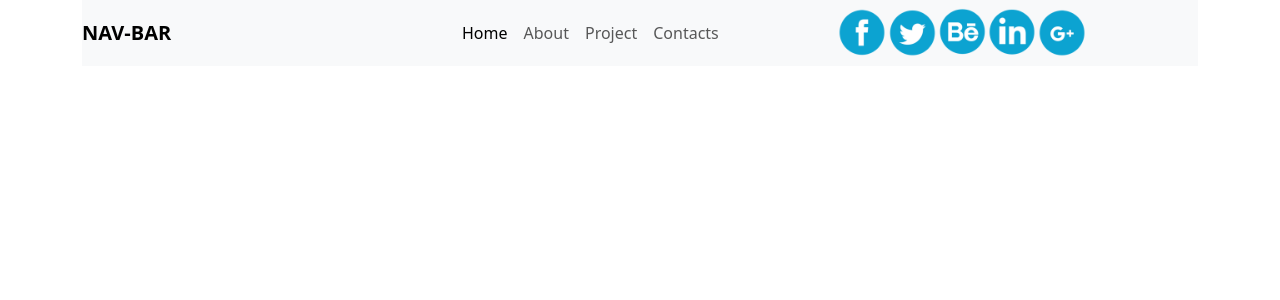
Repository: Sarah7223/internet-programming-tp
Page: TP4/TP04.5.html
An editor plug-in stored every save of this project. The page is shown before and after the next save, followed by the edit.
The browser window is 1280 px wide. The pictures show the whole page.

Above is the page before, as saved 2023-02-01 23:10:19.

After the next save:
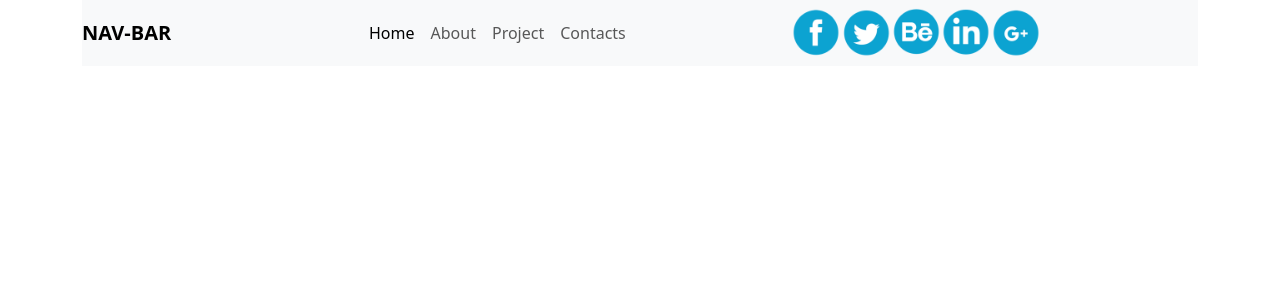
Saved 31 s later.
--- a/TP4/TP04.5.html
+++ b/TP4/TP04.5.html
@@ -14,7 +14,7 @@
     <body>
         <div class="container">
             <nav class="navbar navbar-expand-lg navbar-light bg-light">
-                <div class="col-4">
+                <div class="col-3">
                 <a class="navbar-brand " href="#" ><b>NAV-BAR</b></a>
                 </div>
                 <button class="navbar-toggler" type="button" data-toggle="collapse" data-target="#navbarSupportedContent" aria-controls="navbarSupportedContent" aria-expanded="false" aria-label="Toggle navigation">
@@ -23,7 +23,7 @@
 
                 <div class="collapse navbar-collapse" id="navbarSupportedContent">
                     <!-- center-->
-                    <div class="col-8">
+                    <div class="col-6">
                         <ul class="navbar-nav">
                             <li class="nav-item active">
                                 <a class="nav-link active" href="#">Home </a>
@@ -42,7 +42,7 @@
                 </div>
                 <div  class="collapse navbar-collapse">
                     <!-- right-->
-                  <div class="col-4">
+                  <div class="col-3">
                     <ul class="navbar-nav mr-auto sl-only logo">
                         <li>
                             <img src="./facebook.png" height="50px">

After the save that followed:
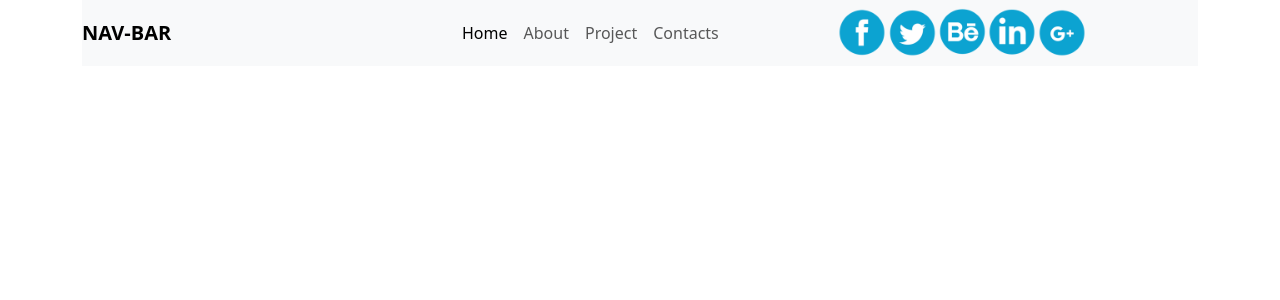
Saved 33 s later.
--- a/TP4/TP04.5.html
+++ b/TP4/TP04.5.html
@@ -14,7 +14,7 @@
     <body>
         <div class="container">
             <nav class="navbar navbar-expand-lg navbar-light bg-light">
-                <div class="col-3">
+                <div class="col-4">
                 <a class="navbar-brand " href="#" ><b>NAV-BAR</b></a>
                 </div>
                 <button class="navbar-toggler" type="button" data-toggle="collapse" data-target="#navbarSupportedContent" aria-controls="navbarSupportedContent" aria-expanded="false" aria-label="Toggle navigation">
@@ -23,7 +23,7 @@
 
                 <div class="collapse navbar-collapse" id="navbarSupportedContent">
                     <!-- center-->
-                    <div class="col-6">
+                    <div class="col-8">
                         <ul class="navbar-nav">
                             <li class="nav-item active">
                                 <a class="nav-link active" href="#">Home </a>
@@ -42,7 +42,7 @@
                 </div>
                 <div  class="collapse navbar-collapse">
                     <!-- right-->
-                  <div class="col-3">
+                  <div class="col-4">
                     <ul class="navbar-nav mr-auto sl-only logo">
                         <li>
                             <img src="./facebook.png" height="50px">
